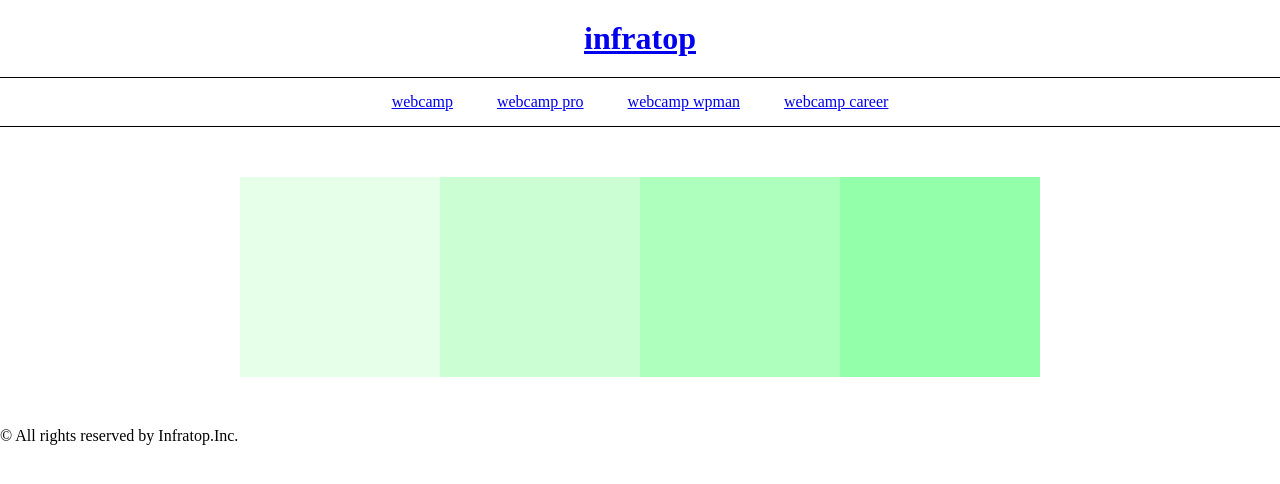
Repository: Y-takumi0/DMMwebcamp
Page: exercise/chapter5.html
The author's editor kept a record of every edit. The page is drawn from the files as they stood at one moment, then again after the next edit.
The browser window is 1280 px wide. The pictures show the whole page.

Above is the page before.

### exercise/chapter5.html
<!DOCTYPE html>
<!DOCTYPE html>
<html lang="ja">
  <head>
    <meta charset="UTF-8" />
    <link rel="stylesheet" href="chapter5.css" />
    <title>chapter5</title>
  </head>

  <body>
    <header>
      <h1 class="heading">
        <a href="chapter5.html">
          infratop
        </a>
      </h1>
    </header>

    <nav>
      <ul class="nav-list">
        <li class="nav-list-item">
          <a href="chapter5.html">webcamp</a>
        </li>
        <li class="nav-list-item">
          <a href="chapter5.html">webcamp pro</a>
        </li>
        <li class="nav-list-item">
          <a href="chapter5.html">webcamp wpman</a>
        </li>
        <li class="nav-list-item">
          <a href="chapter5.html">webcamp career</a>
        </li>
      </ul>
    </nav>

    <div class="main">
      <div class="square1"></div>
      <div class="square2"></div>
      <div class="square3"></div>
      <div class="square4"></div>
      <div class="square5"></div>
      <div class="square6"></div>
      <div class="square7"></div>
      <div class="square8"></div>
      <div class="square9"></div>
      <div class="square10"></div>
      <div class="square11"></div>
      <div class="square12"></div>
    </div>

    <footer>
      <p class="footer-text">© All rights reserved by Infratop.Inc.</p>    </footer>
  </body>
</html>

### exercise/chapter5.css
* {
  margin: 0;
  padding: 0;
  box-sizing: border-box;
}

header {
  width: 90%;
  padding: 20px 0;
  margin: 0 auto;
  text-align: center;
}

header .header {
  font-size: 32px;
}

.nav-list {
  text-align: center;
  padding: 15px 0;
  margin: 0 auto;
  border-top: 1px solid black;
  border-bottom: 1px solid black;
}

.nav-list-item {
  list-style: none;
  display:  inline-block;
  margin: 0px 20px;
}

.main {
  width: 800px;
  margin: 50px auto;
  display: flex;
}

.square1 {
  width: 200px;
  height: 200px;
  background-color: #e6ffe9;
}

.square2 {
  width: 200px;
  height: 200px;
  background-color: #cbffd3;
}

.square3 {
  width: 200px;
  height: 200px;
  background-color: #aeffbd;
}

.square4 {
  width: 200px;
  height: 200px;
  background-color: #93ffab;
}

After the next edit:
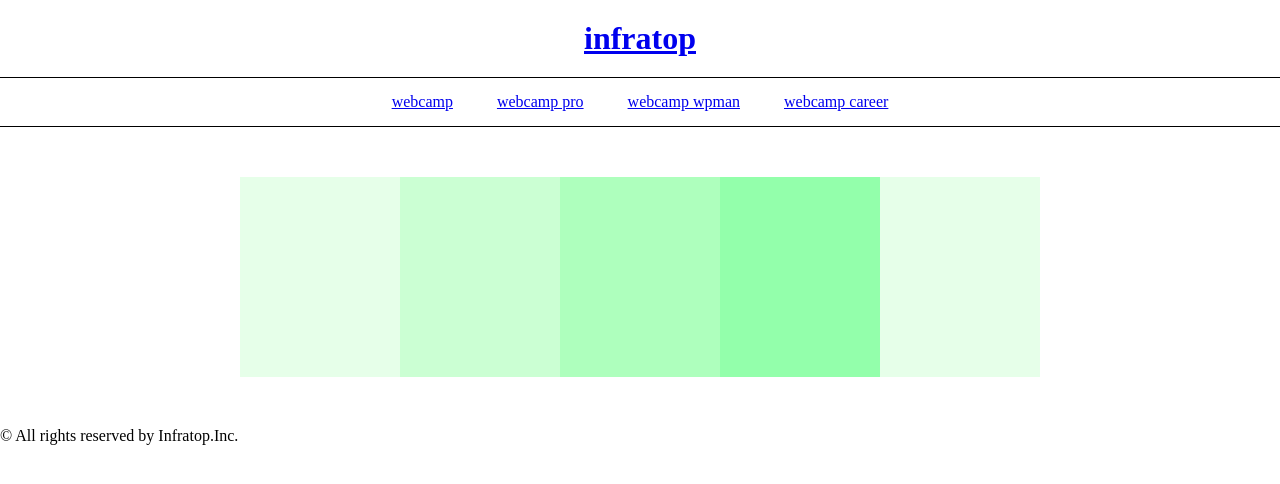
The edit:
--- a/exercise/chapter5.css
+++ b/exercise/chapter5.css
@@ -58,3 +58,9 @@
   height: 200px;
   background-color: #93ffab;
 }
+
+.square5 {
+  width: 200px;
+  height: 200px;
+  background-color: #e6ffe9
+}
